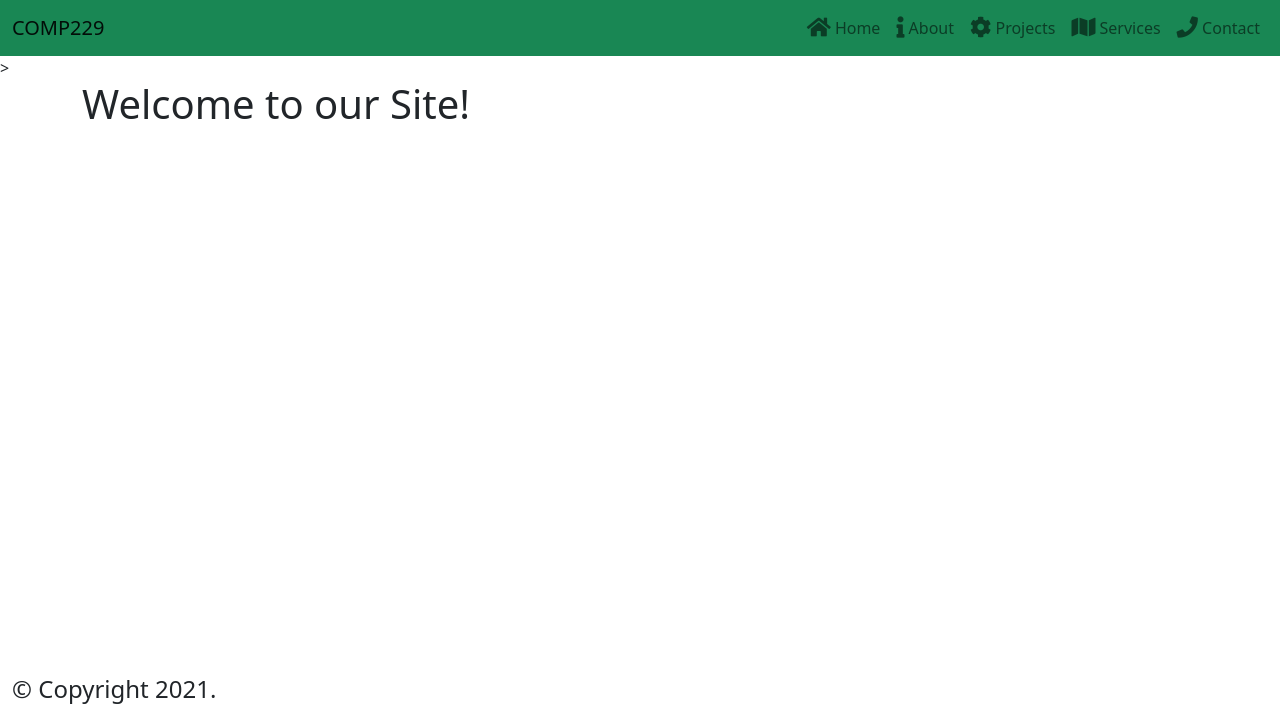
Repository: Mostafa-Asaad/Portfolio
Page: http://localhost/
An editor plug-in stored every save of this project. The page is shown before and after the next save, followed by the edit.
The browser window is 1280 px wide. The pictures show the whole page.
The page is served by the project's Node server (index.js). Other server files are loaded and not shown.

Above is the page before, as saved 2021-06-04 16:40:31.

### Server/Views/index.ejs
<!DOCTYPE html>
<html lang="en">
<head>
  <meta charset="UTF-8">
  <meta http-equiv="X-UA-Compatible" content="IE=edge">
  <meta name="viewport" content="width=device-width, initial-scale=1.0">
  <title><%= title %></title>
  <!-- CSS Section -->
  <link rel="stylesheet" href="/bootstrap/dist/css/bootstrap.min.css">
  <link rel="stylesheet" href="/@fortawesome/fontawesome-free/css/all.min.css">
  <link rel="stylesheet" href="/Content/app.css">
</head>
<body>
  <!-- Navigation Section -->
 <header>
  <%- include('./components/header.ejs') %>
 </header>

  <!--Main Content-->>
  <main>
    <%- include('./content/' + page + '.ejs') %>
  </main>

  <!-- Bottom Nav -->
  <footer>
    <%- include('./components/footer.ejs') %>
  </footer>

  <!-- JavaScript Section -->
  <script src="/jquery/dist/jquery.min.js"></script>
  <script src="/bootstrap/dist/js/bootstrap.min.js"></script>
  <script src="/Scripts/app.js"></script>
</body>
</html>

### Server/Views/components/header.ejs
<nav class="navbar navbar-expand-lg navbar-light bg-success">
    <div class="container-fluid">
      <a class="navbar-brand" href="#">COMP229</a>
      <button class="navbar-toggler" type="button" data-bs-toggle="collapse" data-bs-target="#navbarSupportedContent" aria-controls="navbarSupportedContent" aria-expanded="false" aria-label="Toggle navigation">
        <span class="navbar-toggler-icon"></span>
      </button>
      <div class="collapse navbar-collapse" id="navbarSupportedContent">
        <ul class="navbar-nav ms-auto mb-2 mb-lg-0">
          <li class="nav-item">
            <a class="nav-link" href="/home"><i class="fas fa-home fa-lg"></i> Home</a>
          </li>
          <li class="nav-item">
            <a class="nav-link" href="/about"><i class="fas fa-info fa-lg"></i> About</a>
          </li>
          <li class="nav-item">
            <a class="nav-link" href="/projects"><i class="fas fa-cog fa-lg"></i> Projects</a>
          </li>
          <li class="nav-item">
            <a class="nav-link" href="/services"><i class="fas fa-map fa-lg"></i> Services</a>
          </li>
          <li class="nav-item">
            <a class="nav-link" href="/contact"><i class="fas fa-phone fa-lg"></i> Contact</a>
          </li>
        </ul>
      </div>
    </div>
  </nav>

### Server/Views/content/home.ejs
<div class="container">
    <h1>Welcome to our Site!</h1>
</div>

### Server/Views/components/footer.ejs
<nav class="navbar fixed-bottom navbar-light bg-Success">
    <div class="container-fluid">
      <h4>&copy; Copyright 2021.</h4>
    </div>
  </nav>

### index.js
#!/usr/bin/env node
"use strict";
var __importDefault = (this && this.__importDefault) || function (mod) {
    return (mod && mod.__esModule) ? mod : { "default": mod };
};
Object.defineProperty(exports, "__esModule", { value: true });
const app_1 = __importDefault(require("./Server/Config/app"));
const debug_1 = __importDefault(require("debug"));
debug_1.default('week-4d:server');
const http_1 = __importDefault(require("http"));
let port = normalizePort(process.env.PORT || '3000');
app_1.default.set('port', port);
let server = http_1.default.createServer(app_1.default);
server.listen(port);
server.on('error', onError);
server.on('listening', onListening);
function normalizePort(val) {
    let port = parseInt(val, 10);
    if (isNaN(port)) {
        return val;
    }
    if (port >= 0) {
        return port;
    }
    return false;
}
function onError(error) {
    if (error.syscall !== 'listen') {
        throw error;
    }
    var bind = typeof port === 'string'
        ? 'Pipe ' + port
        : 'Port ' + port;
    switch (error.code) {
        case 'EACCES':
            console.error(bind + ' requires elevated privileges');
            process.exit(1);
            break;
        case 'EADDRINUSE':
            console.error(bind + ' is already in use');
            process.exit(1);
            break;
        default:
            throw error;
    }
}
function onListening() {
    let addr = server.address();
    let bind = typeof addr === 'string'
        ? 'pipe ' + addr
        : 'port ' + addr.port;
    debug_1.default('Listening on ' + bind);
}
//# sourceMappingURL=index.js.map

### Server/Routes/index.js
"use strict";
var __importDefault = (this && this.__importDefault) || function (mod) {
    return (mod && mod.__esModule) ? mod : { "default": mod };
};
Object.defineProperty(exports, "__esModule", { value: true });
const express_1 = __importDefault(require("express"));
const router = express_1.default.Router();
exports.default = router;
router.get('/', function (req, res, next) {
    res.render('index', { title: 'Home', page: 'home' });
});
router.get('/home', function (req, res, next) {
    res.render('index', { title: 'Home', page: 'home' });
});
router.get('/about', function (req, res, next) {
    res.render('index', { title: 'About Us', page: 'about' });
});
router.get('/projects', function (req, res, next) {
    res.render('index', { title: 'Our Projects', page: 'projects' });
});
router.get('/services', function (req, res, next) {
    res.render('index', { title: 'Our Services', page: 'services' });
});
router.get('/contact', function (req, res, next) {
    res.render('index', { title: 'Contact Us', page: 'contact' });
});
//# sourceMappingURL=index.js.map

### Client/Content/app.css
/* your custom css goes here */

### Client/Scripts/app.js
"use strict";
(function () {
    function Start() {
        console.log("App Started");
    }
    window.addEventListener("load", Start);
})();
//# sourceMappingURL=app.js.map

After the next save:
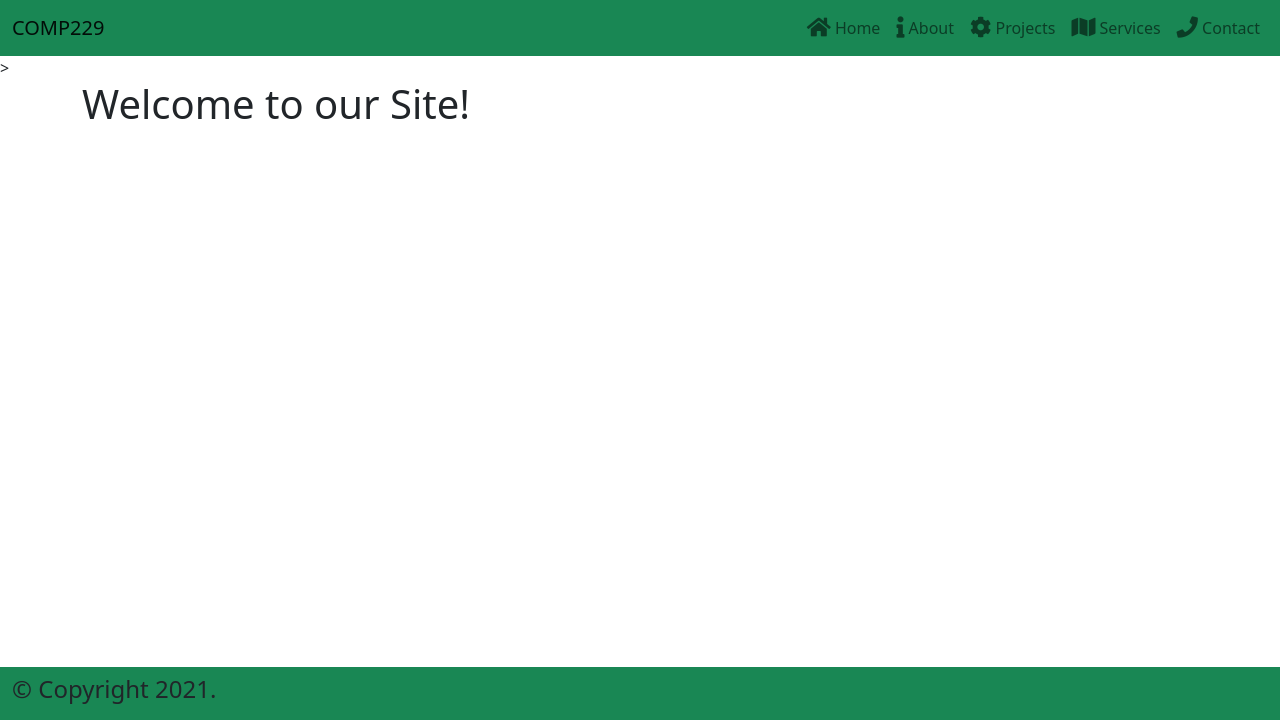
Saved 16 s later.
--- a/Server/Views/components/footer.ejs
+++ b/Server/Views/components/footer.ejs
@@ -1,4 +1,4 @@
-<nav class="navbar fixed-bottom navbar-light bg-Success">
+<nav class="navbar fixed-bottom navbar-success bg-success">
     <div class="container-fluid">
       <h4>&copy; Copyright 2021.</h4>
     </div>
